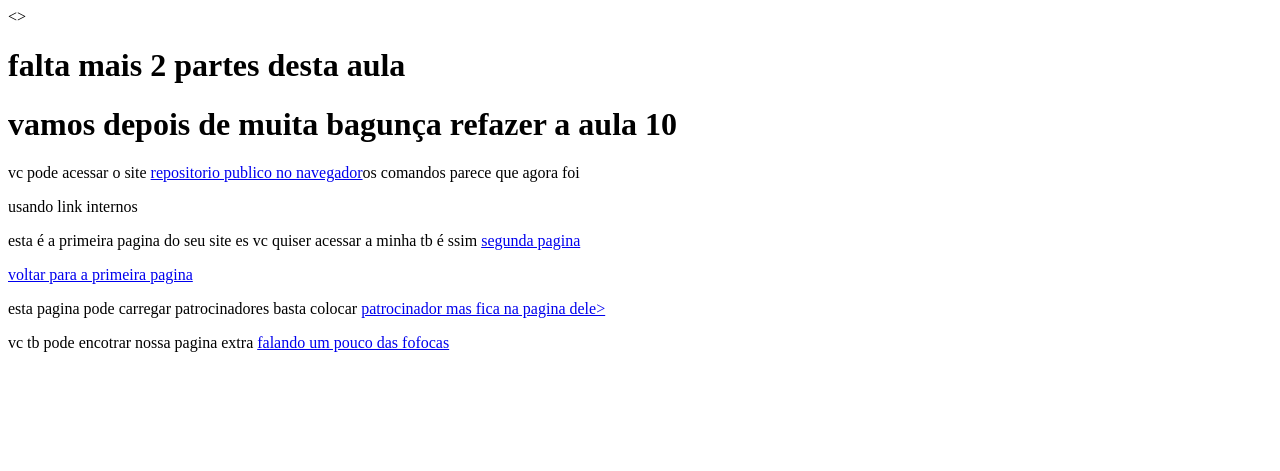
Repository: DorivalJunior14/exercicios
Page: aula10.html/pagoo2.html
These files come from the project's save history. The page is drawn as it stood at one moment and after the next save; the edit follows.
The browser window is 1280 px wide. The pictures show the whole page.

Above is the page before, as saved 2020-12-08 11:00:39.

After the next save:
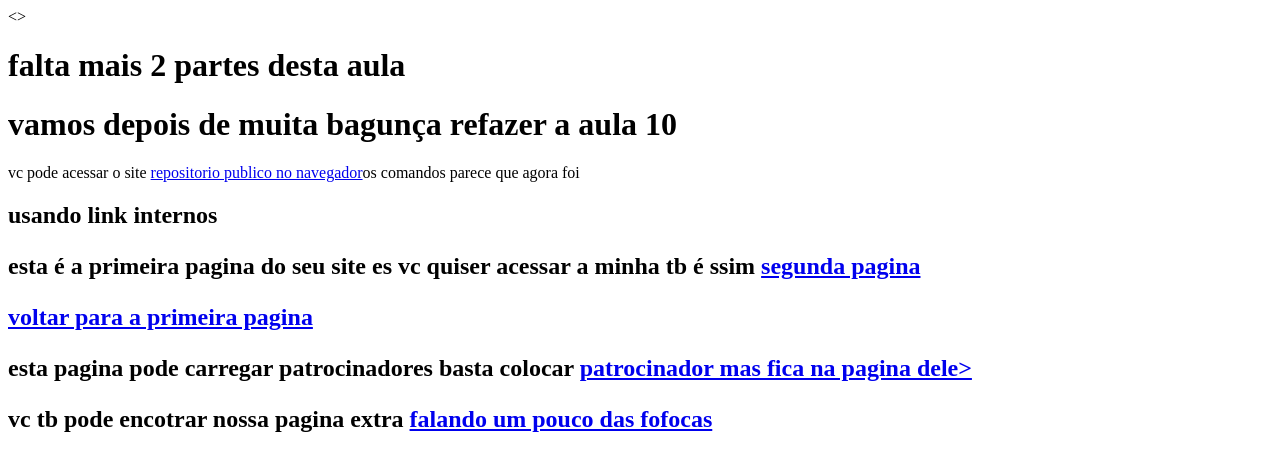
Saved 5 s later.
--- a/aula10.html/pagoo2.html
+++ b/aula10.html/pagoo2.html
@@ -8,12 +8,12 @@
     <h1>falta mais 2 partes desta aula</h1><!--que vai ser continuada aqui-->
   <h1>vamos depois de muita bagunça refazer a aula 10</h1>
     <p>vc pode acessar o site <a href="https://www.facebook.com/junior.muccillo" target="_blank"rel="external">repositorio publico no navegador</a>os comandos parece que agora foi</p>
-    <h>usando link internos
+    <h2>usando link internos
   <p> esta é a primeira pagina do seu site es vc quiser acessar a minha tb é ssim <a href="pagoo2.html"rel="next">segunda pagina</a> </p>
   <p><a href="index.html" rel="prev">voltar para a primeira pagina</a></p>
   <p>esta pagina pode carregar patrocinadores basta colocar
     <a href="#"target="_blank"rel="nofollow">patrocinador mas fica na pagina dele></a>
   </p><!-- o patrocinador não fica vinculado ou direto na pagina dele, vc pode desconsiderar-->
   <p>vc tb pode encotrar nossa pagina extra <a href="noticias/pag003.html">falando um pouco das fofocas </a></p>
-</h>
+</h2>
 </html>
